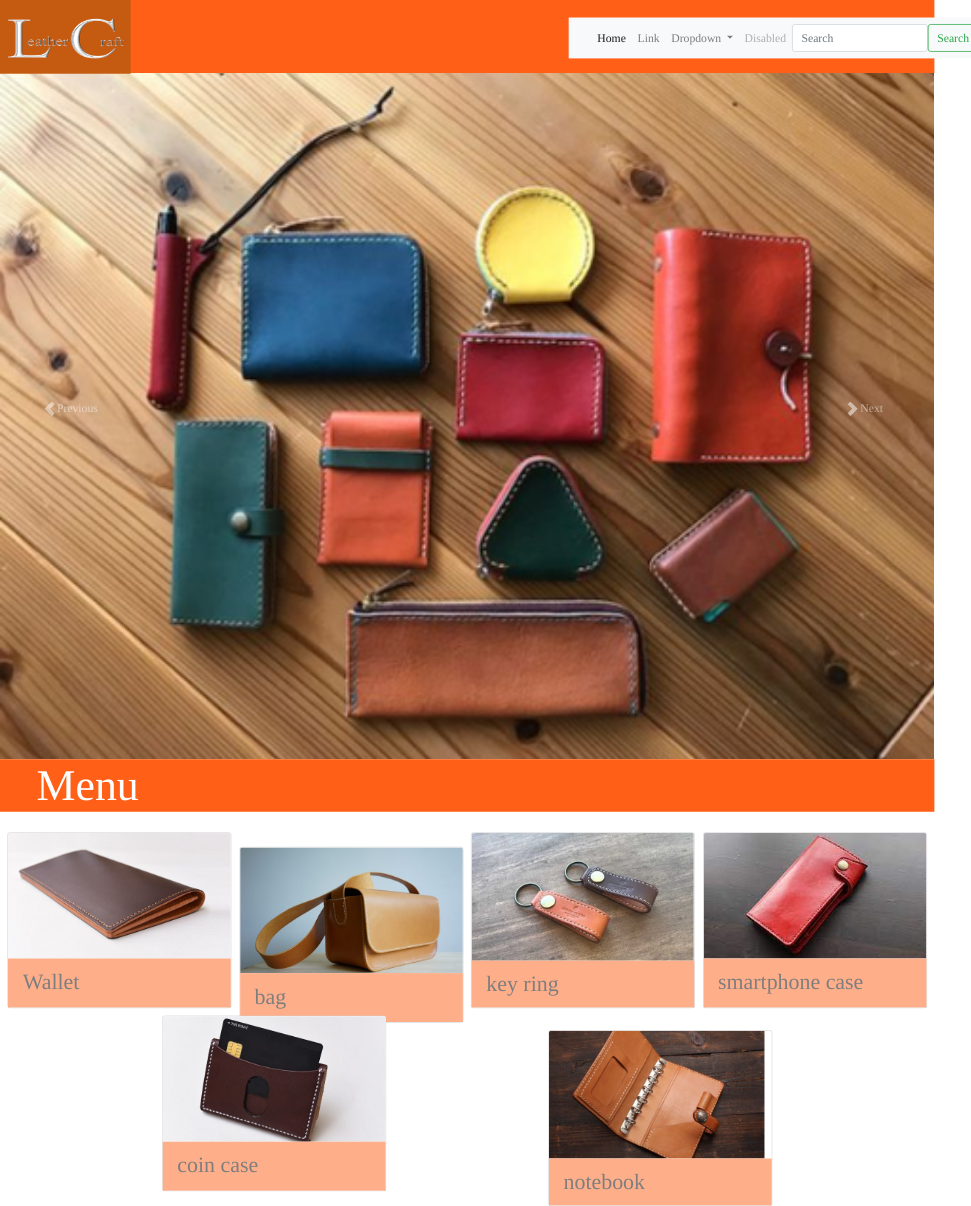
Repository: Ossan-gon/leatercraft
Page: index/indexx.html
The author's editor kept a record of every edit. The page is drawn from the files as they stood at one moment, then again after the next edit.
The browser window is 1280 px wide. The page is 1330 px wide, so the pictures cover 1330 px, including what lies to the right of the window. The pictures show the whole page, at 73% of full size.
Some web libraries are served in a nearby version.

Above is the page before.

### index/indexx.html
<!DOCTYPE html>
<html lang="ja">
<head>
    <meta charset="UTF-8">
    <meta name="viewport" content="width=device-width, initial-scale=1.0">
    <meta http-equiv="X-UA-Compatible" content="ie=edge">
    <title>leathercraft</title>
    <link rel="stylesheet" href="https://stackpath.bootstrapcdn.com/bootstrap/4.2.1/css/bootstrap.min.css" integrity="sha384-GJzZqFGwb1QTTN6wy59ffF1BuGJpLSa9DkKMp0DgiMDm4iYMj70gZWKYbI706tWS" crossorigin="anonymous">
    <link rel="stylesheet" href="./../stylesheet/style.css">
</head>
<body>
    <header id="h_r">
        <img class="h_l" src="./../images/logo.png"></img>  <nav class="h_n" class="navbar navbar-expand-lg navbar-light bg-light">
  　     <nav class="navbar navbar-expand-lg navbar-light bg-light">
           <div class="container-fluid">
            <button class="navbar-toggler" type="button" data-bs-toggle="collapse" data-bs-target="#navbarSupportedContent" aria-controls="navbarSupportedContent" aria-expanded="false" aria-label="Toggle navigation">
              <span class="navbar-toggler-icon"></span>
            </button>
           <div class="collapse navbar-collapse" id="navbarSupportedContent">
           <ul class="navbar-nav me-auto mb-2 mb-lg-0">
            <li class="nav-item">
             <a class="nav-link active" aria-current="page" href="#">Home</a>
            </li>
            <li class="nav-item">
             <a class="nav-link" href="#">Link</a>
            </li>
            <li class="nav-item dropdown">
              <a class="nav-link dropdown-toggle" href="#" id="navbarDropdown" role="button" data-bs-toggle="dropdown" aria-expanded="false">
              Dropdown
              </a>
             <ul class="dropdown-menu" aria-labelledby="navbarDropdown">
               <li><a class="dropdown-item" href="#">Action</a></li>
               <li><a class="dropdown-item" href="#">Another action</a></li>
               <li><hr class="dropdown-divider"></li>
               <li><a class="dropdown-item" href="#">Something else here</a></li>
            </ul>
            </li>
            <li class="nav-item">
             <a class="nav-link disabled" href="#" tabindex="-1" aria-disabled="true">Disabled</a>
            </li>
           </ul>
           <form class="d-flex">
            <input class="form-control me-2" type="search" placeholder="Search" aria-label="Search">
            <button class="btn btn-outline-success" type="submit">Search</button>
           </form>
          </div>
          </div>
        </nav>
    </header>
    <div id="carouselExampleFade" class="carousel slide carousel-fade" class="slide" data-bs-ride="carousel">
         <div class="carousel-inner">
            <div class="carousel-item active">
              <img src="./../images/leather_1.png" class="d-block w-100" alt="leather1">
            </div>
            <div class="carousel-item">
              <img src="./../images/leather_2.png" class="d-block w-100" alt="leather2">
            </div>
            <div class="carousel-item">
              <img src="./../images/leather_3.png" class="d-block w-100" alt="leather3">
            </div>
         </div>
            <a class="carousel-control-prev" href="#carouselExampleFade" role="button" data-bs-slide="prev">
            <span class="carousel-control-prev-icon" aria-hidden="true"></span>
            <span class="visually-hidden">Previous</span>
            </a>
            <a class="carousel-control-next" href="#carouselExampleFade" role="button" data-bs-slide="next">
            <span class="carousel-control-next-icon" aria-hidden="true"></span>
            <span class="visually-hidden">Next</span>
            </a>
    </div>
    <section id="menu">
        <div class="m_h">
            <h1>Menu</h1>
        </div>
        <div id="card_set">
            <div class="card" style="width: 18rem;">
              <img src="./../images/wallet.png" class="card-img-top" alt="wallet">
              <div class="card-body">
                <p class="card-text">Wallet</p>
              </div>
            </div>
            <div class="card" style="width: 18rem;">
              <img src="./../images/bag.png" class="card-img-top" alt="bag">
              <div class="card-body">
                <p class="card-text">bag</p>
              </div>
            </div>
            <div class="card" style="width: 18rem;">
              <img src="./../images/keyring.png" class="card-img-top" alt="key_ring">
              <div class="card-body">
                <p class="card-text">key ring</p>
              </div>
            </div>
            <div class="card" style="width: 18rem;">
              <img src="./../images/smartphonecase.png" class="card-img-top" alt="smartphone_case">
              <div class="card-body">
                <p class="card-text">smartphone case</p>
              </div>
            </div>
            <div class="card" style="width: 18rem;">
              <img src="./../images/coincase.png" class="card-img-top" alt="coin_case">
              <div class="card-body">
                <p class="card-text">coin case</p>
              </div>
            </div>
            <div class="card" style="width: 18rem;">
              <img src="./../images/notebook.png" class="card-img-top" alt="notebook">
              <div class="card-body">
                <p class="card-text">notebook</p>
              </div>
            </div>
        </div>
    </section>
    <script src="https://cdn.jsdelivr.net/npm/@popperjs/core@2.5.4/dist/umd/popper.min.js" integrity="sha384-q2kxQ16AaE6UbzuKqyBE9/u/KzioAlnx2maXQHiDX9d4/zp8Ok3f+M7DPm+Ib6IU" crossorigin="anonymous"></script>
    <script src="https://cdn.jsdelivr.net/npm/bootstrap@5.0.0-beta1/dist/js/bootstrap.min.js" integrity="sha384-pQQkAEnwaBkjpqZ8RU1fF1AKtTcHJwFl3pblpTlHXybJjHpMYo79HY3hIi4NKxyj" crossorigin="anonymous"></script>
    <script src="./../script/script.js"></script>
</body>
</html>

### stylesheet/style.css
@charset "UTF-8";

/*----------------------html------------------------------*/
html {
    /*==============スクロールの記述=========================*/
    scroll-behavior  : smooth;
}

/*----------------------body------------------------------*/
body {
    margin           : 0;
    padding          : 0;
    font-family      : "Times","helvetica neue", "YuGothic", "ヒラギノ角ゴ pron w3", "Hiragino Kaku Gothic ProN", "Arial", "メイリオ", "Meiryo", "sans-serif";
    font-size        : 1rem;
    line-height      : 150%;
    color            : #000;
    background       : #fff;
}

#h_r {
    position         : fixed;
    background-color : #ff5f17;
    height           : 100px;
    width            : 100%;
    z-index          : 500;
    display          : flex;
}

.h_l {
    width            : 14vw;
    height           : 14vh;
}

#h_r nav {
    position         : relative;
    left             : 300px;
}
/*-----------------------slide----------------------------*/
.slide {
    position         : relative;
    top              : 80px;
}

/*----------------------Menu-------------------------------*/
#menu {
    position         : relative;
    top              : 100px;
}

.m_h {
    background       : #ff5f17;
    position         : relative;
    top              : -20px;
}

.m_h  h1 {
    position         : relative;
    left             : 50px;
    color            : #fff;
    font-size        : 60px;
}
/*-----------------------------card----------------------*/
#card_set {
    display: flex;
    flex-wrap: wrap;
    justify-content: space-evenly;

}

.card {
    flex-basis       : 24%;
    margin-bottom    : 10px;
}

.card:nth-child(2), .card:nth-child(6) {
    top              : 20px;
}

.card-body {
    background       : #ff5f17;
    opacity          : 0.5;
}

.card-text {
    font-size        : 30px;
}

Loaded but not shown: script/script.js (no stored copy; drawn as an empty file)

After the next edit:
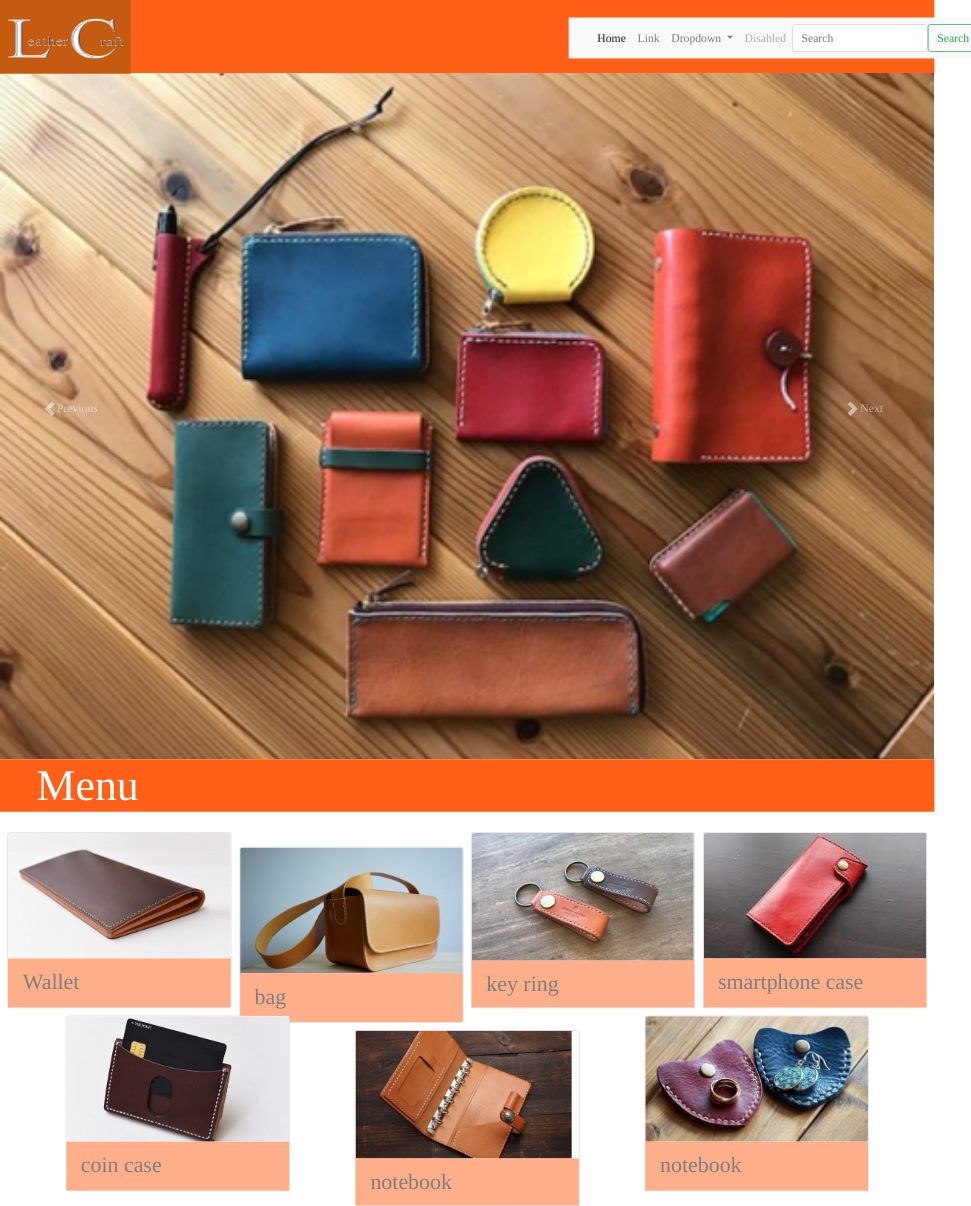
The edit:
--- a/index/indexx.html
+++ b/index/indexx.html
@@ -109,6 +109,12 @@
                 <p class="card-text">notebook</p>
               </div>
             </div>
+            <div class="card" style="width: 18rem;">
+              <img src="./../images/accessories.png" class="card-img-top" alt="accessories">
+              <div class="card-body">
+                <p class="card-text">notebook</p>
+              </div>
+            </div>
         </div>
     </section>
     <script src="https://cdn.jsdelivr.net/npm/@popperjs/core@2.5.4/dist/umd/popper.min.js" integrity="sha384-q2kxQ16AaE6UbzuKqyBE9/u/KzioAlnx2maXQHiDX9d4/zp8Ok3f+M7DPm+Ib6IU" crossorigin="anonymous"></script>
